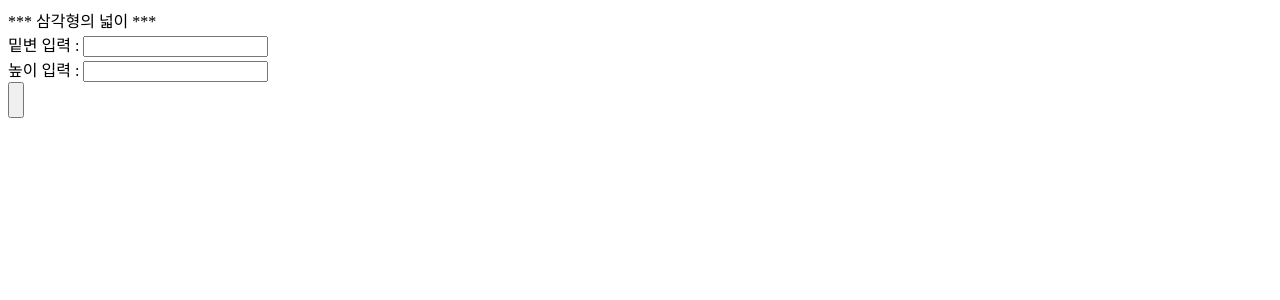
Repository: golddrone7/front
Page: step10_Ajax/src/main/webapp/test5/sumTest.html
The author's editor kept a copy of each file at every save. The page is drawn from the files as they stood at one save, then again after the next save.
The browser window is 1280 px wide. The pictures show the whole page.

Above is the page before, as saved 2023-02-27 03:32:40.

### step10_Ajax/src/main/webapp/test5/sumTest.html
<!DOCTYPE html>
<html>
<head>
<meta charset="UTF-8">
<title>Insert title here</title>
<script type="text/javascript" src="sumTest.js"></script>
</head>
<body>
*** 삼각형의 넓이 ***
<form name="sumValues">
밑변 입력 : <input type="text" name="bottom"><br>
높이 입력 : <input type="text" name="height"><br>
<button onclick="sum()" value="실행"><br><br>
</form>
<div id="subResult"></div>




</body>
</html>

### step10_Ajax/src/main/webapp/test5/sumTest.js
/**
 *
 */


 function sum(){
	var url = "sumTest.jsp/?"+getParam();
	var xhr = new XMLHttpRequest();
	xhr.open(GET, url, true);
	xhr.send(null);

	xhr.onreadystatechange = function(){
		if(xhr.status == 200 && xhr.readyState==4 ){
			document.getElementById("sumResult").innerHTML =
				xhr.responseText;
		}
	}
 }

function getParam(){
	var bottom = document.getElementById("bottom").value;
	var height = document.getElementById("height").value;
	return "bottom="+bottom+"&height="+height;
}

After the next save:
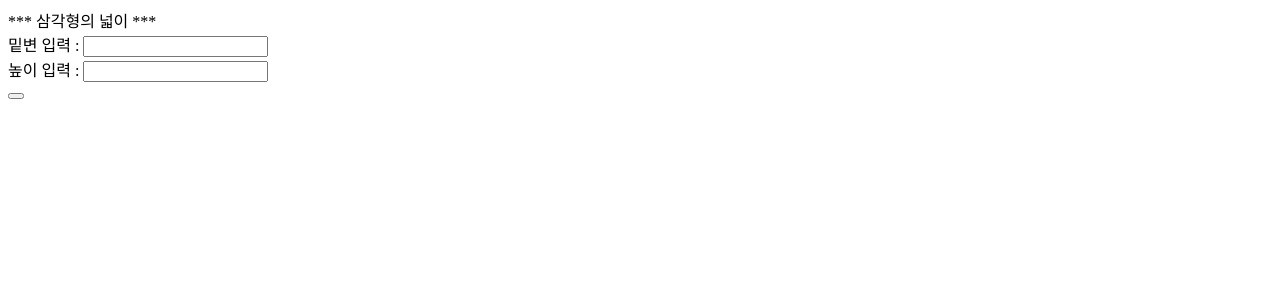
Saved 37 s later.
--- a/step10_Ajax/src/main/webapp/test5/sumTest.html
+++ b/step10_Ajax/src/main/webapp/test5/sumTest.html
@@ -10,7 +10,7 @@
 <form name="sumValues">
 밑변 입력 : <input type="text" name="bottom"><br>
 높이 입력 : <input type="text" name="height"><br>
-<button onclick="sum()" value="실행"><br><br>
+<button onclick="sum()" value="실행"></button><br><br>
 </form>
 <div id="subResult"></div>
 
